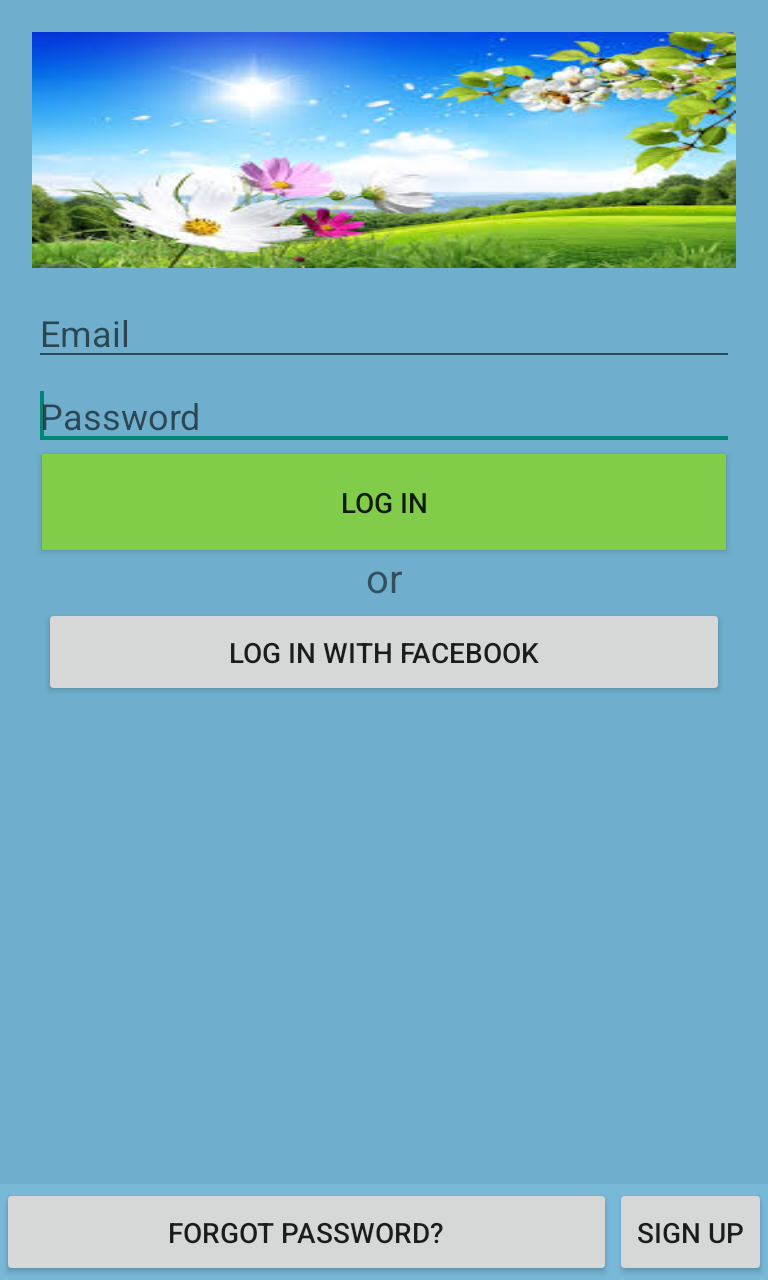
Repository: adarshnair13/my-project
Layout: ash/res/layout/activity_main.xml
These files come from the project's save history. The layout is drawn as it stood at one moment and after a run of saves; the edit follows.
It is drawn on a 768 x 1280 px phone screen (xhdpi) without system bars, with theme AppTheme; the app's code is not run.

Above is the layout before, as saved 2015-02-02 23:33:46.

After the next 2 saves:
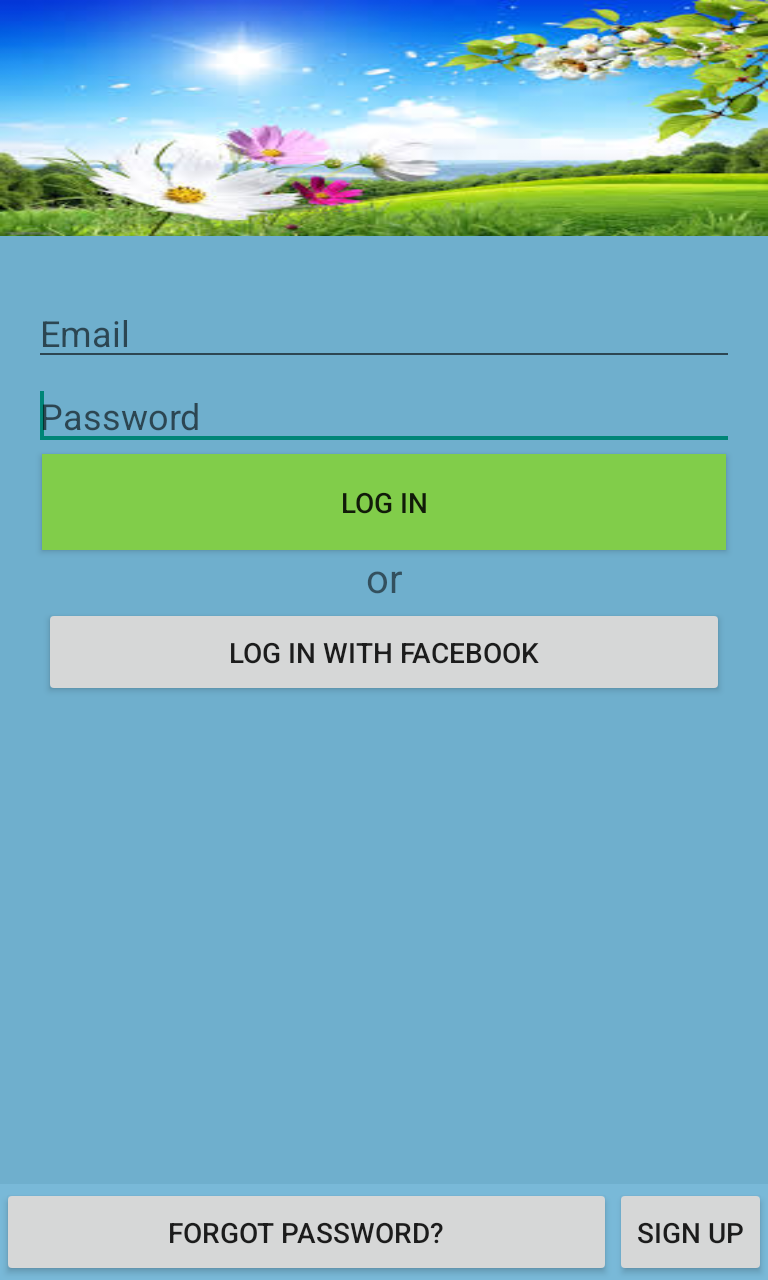
The 2 saves are shown as one change because they came seconds apart.
The last was saved 60 s later.
--- a/ash/res/layout/activity_main.xml
+++ b/ash/res/layout/activity_main.xml
@@ -6,6 +6,14 @@
     android:background="#79B9D8"
     android:orientation="vertical"
     tools:context="com.adarsh.ash.MainActivity" >
+
+    <ImageView
+        android:id="@+id/imageView1"
+        android:layout_width="match_parent"
+        android:layout_height="wrap_content"
+        android:layout_alignParentTop="true"
+        android:scaleType="fitXY"
+        android:src="@drawable/nock" />
 
     <Button
         android:id="@+id/button3"
@@ -30,17 +38,10 @@
         android:layout_width="match_parent"
         android:layout_height="wrap_content"
         android:layout_above="@+id/button4"
-        android:padding="16dp"
-        android:layout_alignParentTop="true"
+        android:layout_below="@+id/imageView1"
         android:background="#6FAFCD"
-        android:orientation="vertical" >
-
-        <ImageView
-            android:id="@+id/imageView1"
-            android:layout_width="match_parent"
-            android:layout_height="wrap_content"
-            android:scaleType="fitXY"
-            android:src="@drawable/nock" />
+        android:orientation="vertical"
+        android:padding="16dp" >
 
         <EditText
             android:id="@+id/editText1"
